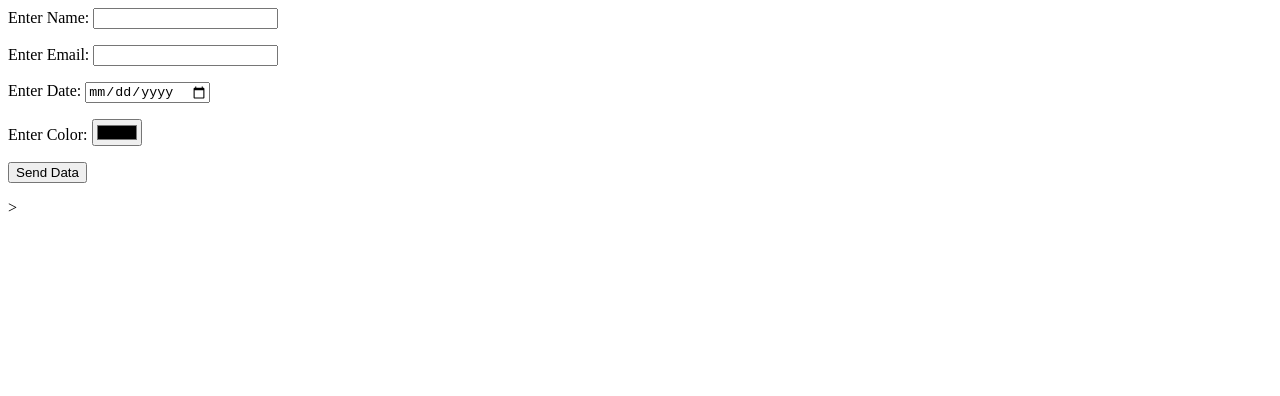
Repository: ace-archer/CIS261
Page: http://localhost/Week2Test.php
The author's editor kept a copy of each file at every save. The page is drawn from the files as they stood at one save, then again after the next save.
The browser window is 1280 px wide. The pictures show the whole page.
The page is run by PHP 8.4 with error messages shown; the project is at /var/www/html/.

Above is the page before, as saved 2016-02-03 01:20:15.

After the next save:
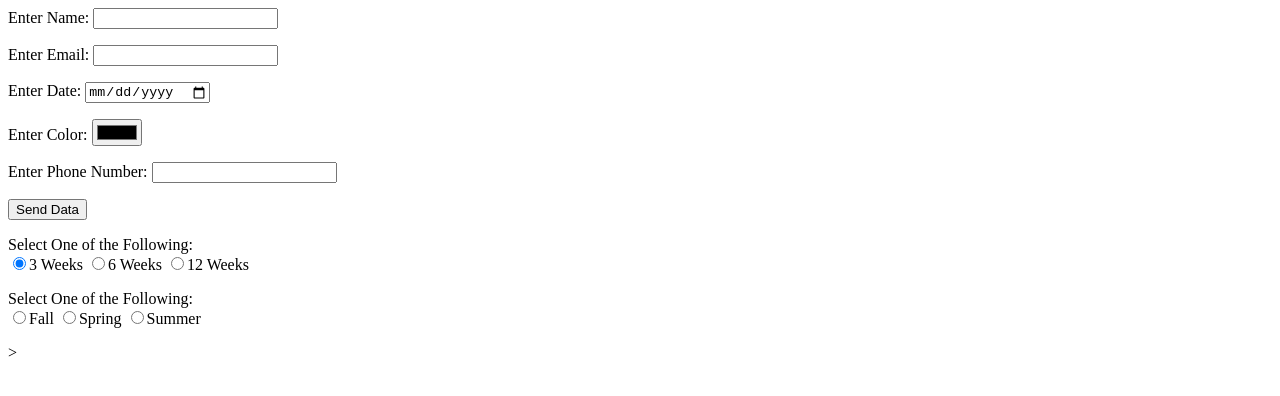
Saved 14 min 14 s later.
--- a/Week2/Week2PHP/Week2Test.php
+++ b/Week2/Week2PHP/Week2Test.php
@@ -5,7 +5,18 @@
 			<p>Enter Email: <input type="email" name="txtEmail"></p>
 			<p>Enter Date: <input type="date" name="txtDate"></p>
 			<p>Enter Color: <input type="color" name="txtColor"></p>
+			<p>Enter Phone Number: <input type="tel" name="txtTel"></p>
 			<input type="submit" value="Send Data"></input>
+			<p> Select One of the Following: <br/>
+				<input type="radio" name ="radWeek" value="3" checked="checked">3 Weeks
+				<input type="radio" name ="radWeek" value="6">6 Weeks
+				<input type="radio" name ="radWeek" value="12">12 Weeks
+			</p>
+			<p> Select One of the Following: <br/>
+				<input type="radio" name ="radSem" value="F">Fall
+				<input type="radio" name ="radSem" value="Sp">Spring
+				<input type="radio" name ="radSem" value="Su">Summer
+			</p>
 
 		</form>>
 	</body>
